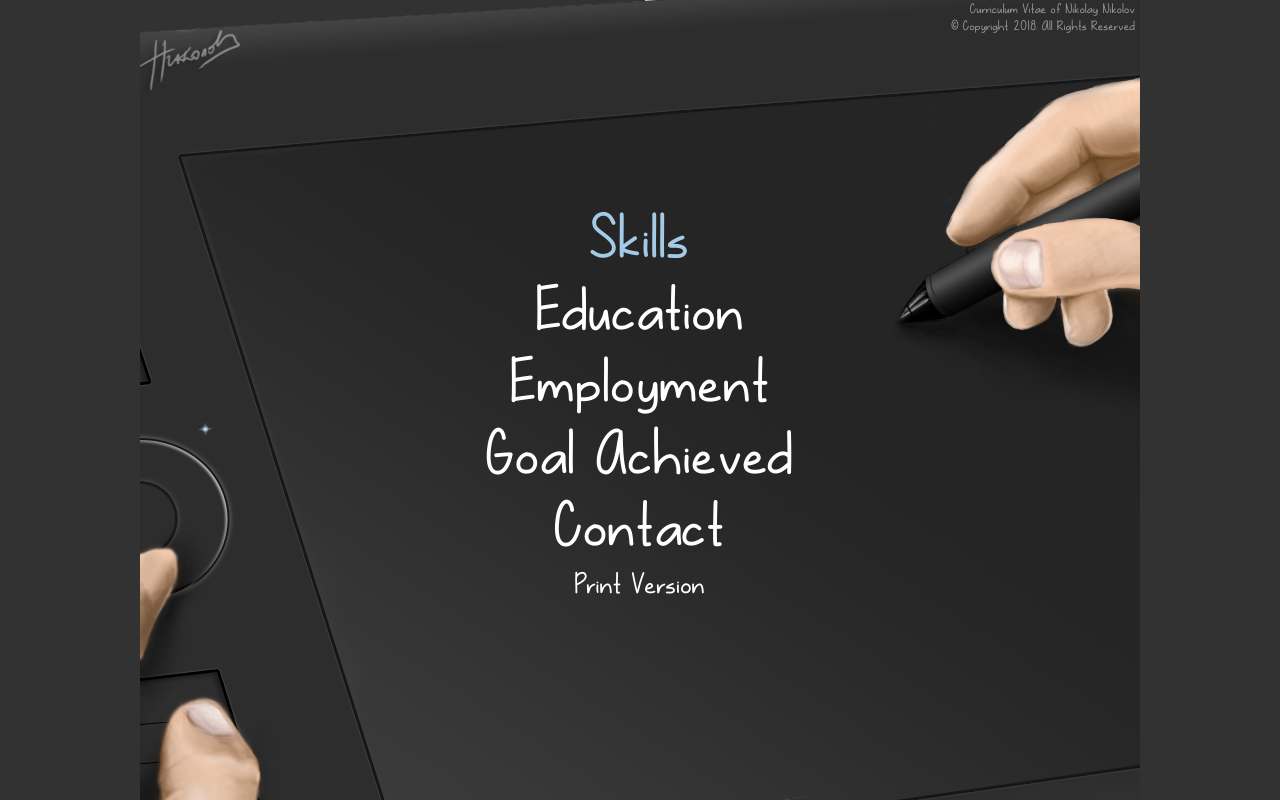
Repository: nikichanko/cv
Page: index.html
These files come from the project's save history. The page is drawn as it stood at one moment and after the next save; the edit follows.
The browser window is 1280 px wide. The pictures show the whole page.
The pointer rests on the first visible `.item`.

Above is the page before, as saved 2018-08-14 19:18:28.

### index.html
<!DOCTYPE html>
<html>
  <head>
    <link rel="shortcut icon" type="image/png" href="img/favicon.png"/>
    <link rel="stylesheet" type="text/css" href="css/styles.css">
    <meta name="viewport" content="width=device-width, initial-scale=1">
    <link rel="stylesheet" type="text/css" href="css/scroll.css">
    <script src="https://ajax.googleapis.com/ajax/libs/jquery/3.3.1/jquery.min.js"></script>
    <script src="js/scroll.js"></script>
    <title>Nikolay Nikolov - Curriculum Vitae</title>
  </head>
  <body>
    <div class="wrapper">
      <div class="header">Curriculum Vitae of Nikolay Nikolov<br/>&copy; Copyright 2018. All Rights Reserved</div>
      <div class="menu">
        <div class="item">
          <span>Skills</span>
        </div>
        <div class="content">
          <i class="close"></i>
          <div class="ul-wrapper" id="scroll-3">
            <ul>
              <li>Program Languages:</li>
              <ol>ECMAScript 6, JAVA, Swift 4, Objective C</ol>
              <ol>HTML, JS, CSS (LESS and SASS), PHP</ol>
              <li>Frameworks and Libraries:</li>
              <ol>React Native, React, JQuery, Ajax, Smarty Template Engine</ol>
              <li>Program and Web Tools:</li>
              <ol>Android Studio, Xcode 9, Node (npm)</ol>
              <ol>Apple Connect and Google Console, AppsFlyer, Fabric, Firebase, Faslane</ol>
              <ol>Photoshop, Illustrator, Sketch</ol>
              <li>Strong Knowledge in:</li>
              <ol>GitFlow, RESTful API, Responsive and Mobile Design, UX and UI Design</ol>
              <li>Best Practices in:</li>
              <ol>OOP, Test Driven Development, Cross-platform development</ol>
              <li>Other Abilities:</li>
              <ol>Digital Drawing of web application arts with a graphic tablet</ol>
            </ul>
           </div>
        </div>
        <div class="item">
          <span>Education</span>
        </div>
        <div class="content">
            <i class="close"></i>
            <ul>
              <li>M. Sc. in Computer Science</li>
              <ol>From 2011 - 2013</ol>
              <ol>Technical University Gabrovo</ol>
              <ol>Subject: Computer System and Technologies</ol>
            </ul>
        </div>
        <div class="item">
          <span>Employment</span>
        </div>
        <div class="content">
            <i class="close"></i>
            <div class="ul-wrapper" id="scroll-2">
              <ul>
                <li>From 12. 2016 to present</li>
                <ol>Employer: Mansion Technology and Operations Centre</ol>
                <ol>Professional Title: front-end developer</ol>
                <ol>from 11. 2017 working as a mobile developer in agile environment</ol>
                <li>From 05. 2014 to 12. 2016</li>
                <ol>Employer: Support Service LTD for Image-Line Belgium</ol>
                <ol>Professional Title: fullstack web developer with more front-end responsibilities</ol>
              </ul>
            </div>
        </div>
        <div class="item">
          <span>Goal Achieved</span>
        </div>
        <div class="content">
          <i class="close"></i>
          <div class="ul-wrapper" id="scroll-1">
            <ul>
              <li>As mobile developer:</li>
              <ol>Applications in stores:</ol>

                <img src="img/casino.png" title="CasinoSlots" class="app-icon" style="margin-left: 10px;" />
                <img src="img/ccbj.png" title="Casino BlackJack" class="app-icon" />
                <img src="img/sh.png" title="Slostheaven" class="app-icon" />
                <img src="img/mc.png" title="MansionCasino" class="app-icon" />

              <ol>Quick switching from web to mobile development</ol>
              <ol>The key person with a leading role in the mobile team</ol>
              <ol>Be main part of critical moments when quick reaction and self-organization is very important</ol>
              <ol>The person that implemented React Native framework in real mobile apps</ol>
              <ol>Publishing and then dealing with the rejection of apps in both stores</ol>
              <ol>Implementations: Redux, Geo location services, Biometric authentification with RESTful API
                login, React Native navigation, Unit, Integration and Snapshot
                Tests with Jest, executed in CI system (Bamboo), Cross-platform and multi-device layouts,
                Exposing many custom code from Native to React Native (NativeModules and NativeEventEmitter)</ol>
              <li>As front-end developer:</li>
              <ol>Responsive and mobile designs with no compromises in details</ol>
              <ol>Developed many end-to-end web applications like Image Sliders with-lazy loading,
                JavaScript Video and Audio Players with full mobile support</ol>
              <ol>RESTful API integrations</ol>
              <ol>Unit testing with Jasmine</ol>
            </ul>
          </div>
        </div>
        <div class="item">
          <span>Contact</span>
        </div>
        <div class="content">
            <i class="close"></i>
              <ul>
                <ol>Nikolay Nikolov, Address: Sofia, Bulgaria</ol>
                <ol>Phone: +359/896 527 353, E-mail: nikolovnikos@gmail.com</ol>
                <div class="form-title">Contact form</div>
                <script type="text/javascript" src="https://form.jotformeu.com/jsform/82187298762370"></script>
              </ul>
        </div>
        <div class="item print">
          <span>Print Version</span>
        </div>
      </div>
    </div>
    <script src="js/common.js"></script>
  </body>
</html>

### css/styles.css
@font-face {
  font-family: 'Just Gotta Smile';
  src: url('./fonts/JustGottaSmile.woff2') format('woff2'),
      url('./fonts/JustGottaSmile.woff') format('woff'),
      url('./fonts/JustGottaSmile.ttf') format('truetype');
  font-weight: 500;
  font-style: normal;
}

@font-face {
  font-family: 'Josefin Slab';
  src: url('./fonts/JosefinSlab.woff2') format('woff2'),
      url('./fonts/JosefinSlab.woff') format('woff'),
      url('./fonts/JosefinSlab.ttf') format('truetype');
  font-weight: normal;
  font-style: normal;
}
ul, li, ol, body {
  margin: 0;
  padding: 0;
}

body {
  background-color: #323232;
  width: 100%;
  font-family: 'Just Gotta Smile';
  color: #fff;
}

.wrapper {
  position: relative;
  width: 100%;
  max-width: 1000px;
  height: 800px;
  margin: 0 auto;
  background-image: url(../img/cv_bg.png);
  background-repeat: no-repeat;
  background-position: right top;
  background-size: cover;
}

.header{
  opacity: 0.5;
  font-size: 14px;
  position: absolute;
  right: 5px;
  text-align: right;
}
.menu {
  line-height: 70px;
  margin: 0 auto;
  position: absolute;
  text-align: center;
  width: 100%;
  top: 200px;
}

.item {
  font-size: 64px;
  position: relative;
  left: 50%;
  opacity: 1;
  transform: translateX(-50%) ;
  -ms-transform: translateX(-50%) ; /* IE 9 */
  -webkit-transform: translateX(-50%); /* Safari 3-8 */
  transition: opacity 0.2s ease-out;
  -webkit-touch-callout: none; /* iOS Safari */
  -webkit-user-select: none; /* Safari */
   -khtml-user-select: none; /* Konqueror HTML */
     -moz-user-select: none; /* Firefox */
      -ms-user-select: none; /* Internet Explorer/Edge */
          user-select: none; /* Non-prefixed version, currently
                                supported by Chrome and Opera */
}
.item.print {
  font-size: 30px;
  line-height: 45px;
}

.item span {
  cursor: pointer;
  position: relative;
}

.item.closed {
  opacity: 0;
  height: 0;
  visibility: hidden;
}

.content {
  font-family: 'Josefin Slab';
  padding-top: 2px;
  max-width: 600px;
  text-align: left;
  top: 50px;
  width: 56%;
  margin: 0 auto;
  line-height: 40px;
  height: 0;
  opacity: 0;
  transition: opacity 0.5s ease-in-out;
  position: relative;
  visibility: hidden;
  overflow: hidden;
}

.ul-wrapper {
  height: 450px;
  position: relative;
  overflow: hidden;
}

.content.open {
  overflow: visible;
  height: auto;
  opacity: 1;
  transition: opacity 0.5s ease-in-out;
  visibility: visible;
}
.content {
  line-height: 30px;
}
.content ul {
  padding-top: 10px;
  padding-left: 20px;
}
.content li {
  font-weight: bold;
  font-size: 20px;
  padding:5px 0;
}
.content ol {
  font-size: 18px;
  margin-left: 15px;
  position: relative;
}
.content ol:before {
  content: "";
  background-image: url(../img/arrow.png);
  background-repeat: no-repeat;
  background-size: contain;
  width: 12px;
  height: 13px;
  position: absolute;
  left: -22px;
  top: 8px;
  opacity: 0.6;
}

.item:hover {
  color: #a4cbe6;
}

.close {
  position: absolute;
  top: -29px;
  left: -7px;
  width: 45px;
  height: 45px;
  opacity: 0.3;
}
.close:hover {
  opacity: 1;
}
.close:before, .close:after {
  position: absolute;
  left: 15px;
  content: ' ';
  height: 25px;
  width: 2px;
  background-color: #fff;
}
.close:before {
  transform: rotate(45deg);
}
.close:after {
  transform: rotate(-45deg);
}

.app-icon {
  width: 45px;
  margin-right: 10px;
}
.form-title {
  margin-top: 10px;
  font-size: 24px;
  text-align: center;
}

@media only screen and (max-width: 1000px) {
  .content {
    width: 90%;
  }
  .item span {
    cursor: default;
  }
}

### css/scroll.css
/*
 * Container style
 */
 .ps {
  overflow: hidden !important;
  overflow-anchor: none;
  -ms-overflow-style: none;
  touch-action: auto;
  -ms-touch-action: auto;
}

/*
 * Scrollbar rail styles
 */
.ps__rail-x {
  display: none;
  opacity: 0;
  transition: background-color .2s linear, opacity .2s linear;
  -webkit-transition: background-color .2s linear, opacity .2s linear;
  height: 15px;
  /* there must be 'bottom' or 'top' for ps__rail-x */
  bottom: 0px;
  /* please don't change 'position' */
  position: absolute;
}

.ps__rail-y {
  display: none;
  opacity: 0;
  transition: background-color .2s linear, opacity .2s linear;
  -webkit-transition: background-color .2s linear, opacity .2s linear;
  width: 15px;
  /* there must be 'right' or 'left' for ps__rail-y */
  right: 0;
  /* please don't change 'position' */
  position: absolute;
}

.ps--active-x > .ps__rail-x,
.ps--active-y > .ps__rail-y {
  display: block;
  background-color: transparent;
}

.ps:hover > .ps__rail-x,
.ps:hover > .ps__rail-y,
.ps--focus > .ps__rail-x,
.ps--focus > .ps__rail-y,
.ps--scrolling-x > .ps__rail-x,
.ps--scrolling-y > .ps__rail-y {
  opacity: 0.6;
}

.ps .ps__rail-x:hover,
.ps .ps__rail-y:hover,
.ps .ps__rail-x:focus,
.ps .ps__rail-y:focus,
.ps .ps__rail-x.ps--clicking,
.ps .ps__rail-y.ps--clicking {
  background-color: #eee;
  opacity: 0.9;
}

/*
 * Scrollbar thumb styles
 */
.ps__thumb-x {
  background-color: #aaa;
  border-radius: 6px;
  transition: background-color .2s linear, height .2s ease-in-out;
  -webkit-transition: background-color .2s linear, height .2s ease-in-out;
  height: 6px;
  /* there must be 'bottom' for ps__thumb-x */
  bottom: 2px;
  /* please don't change 'position' */
  position: absolute;
}

.ps__thumb-y {
  background-color: #aaa;
  border-radius: 6px;
  transition: background-color .2s linear, width .2s ease-in-out;
  -webkit-transition: background-color .2s linear, width .2s ease-in-out;
  width: 6px;
  /* there must be 'right' for ps__thumb-y */
  right: 2px;
  /* please don't change 'position' */
  position: absolute;
}

.ps__rail-x:hover > .ps__thumb-x,
.ps__rail-x:focus > .ps__thumb-x,
.ps__rail-x.ps--clicking .ps__thumb-x {
  background-color: #999;
  height: 11px;
}

.ps__rail-y:hover > .ps__thumb-y,
.ps__rail-y:focus > .ps__thumb-y,
.ps__rail-y.ps--clicking .ps__thumb-y {
  background-color: #999;
  width: 11px;
}

/* MS supports */
@supports (-ms-overflow-style: none) {
  .ps {
    overflow: auto !important;
  }
}

@media screen and (-ms-high-contrast: active), (-ms-high-contrast: none) {
  .ps {
    overflow: auto !important;
  }
}

### js/common.js
var src1 = document.querySelector('#scroll-1');
var src2 = document.querySelector('#scroll-2');
var src3 = document.querySelector('#scroll-3');

var options = {
  maxScrollbarLength: 100,
};

var ps1 = new PerfectScrollbar(src1, options);
var ps2 = new PerfectScrollbar(src2, options);
var ps3 = new PerfectScrollbar(src3, options);

$(".item:not(.print) span").on('click', function() {
  var _t = $(this).parents('.item');
  setTimeout(function(){
    _t.next('.content').addClass('open');
  },100);
  $('.item').each(function(i, v) {
    if (!_t.is(v)) {
      $(v).addClass('closed');
      $(v).next('.content').removeClass('open');
    }
    else {
      $(v).removeClass('closed');
    }
  });
});

$(".item.print span").on('click', function() {
  window.location.href = 'print.html';
});

$('.close').on('click', function(){
  $('.item').each(function(i, v) {
    setTimeout(function(){
      $(v).removeClass('closed');
    },100);
    $(v).next('.content').removeClass('open');
  });
});

Loaded but not shown: js/scroll.js (1324 lines, source omitted)

After the next save:
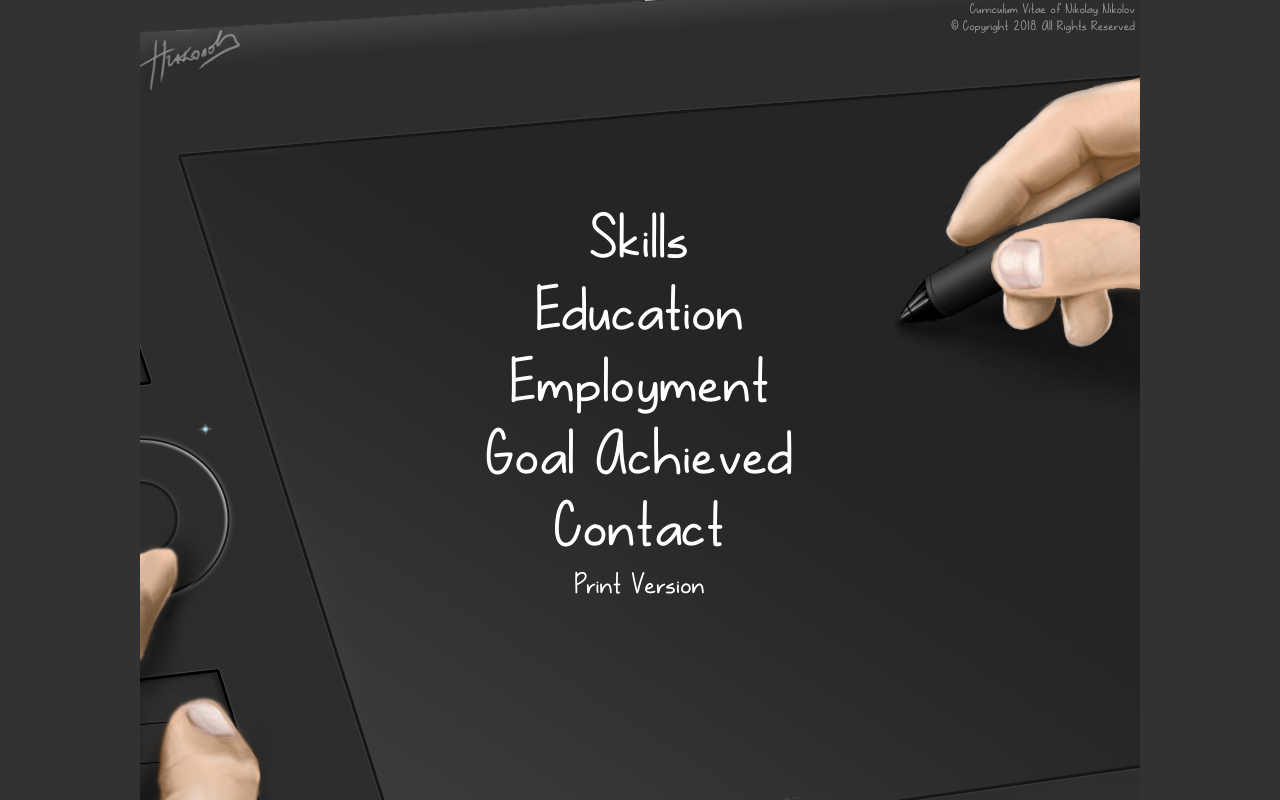
Saved 3 h 46 min later.
--- a/css/styles.css
+++ b/css/styles.css
@@ -148,7 +148,7 @@ body {
   opacity: 0.6;
 }
 
-.item:hover {
+.item span:hover {
   color: #a4cbe6;
 }
 
